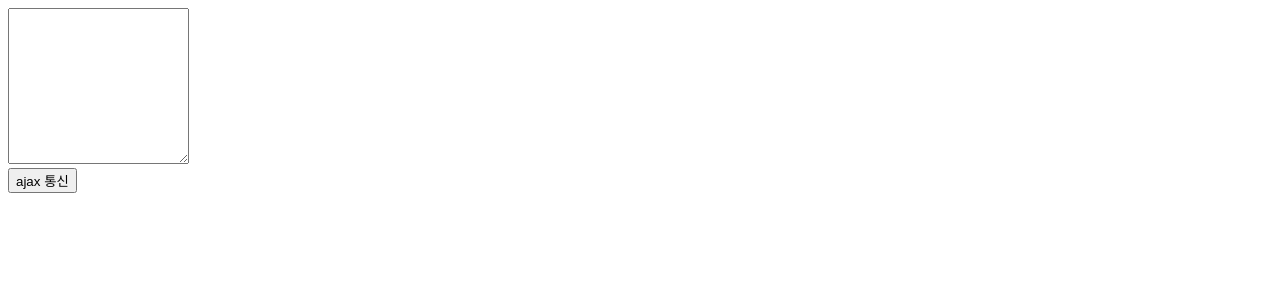
Repository: yuchulPark/day0320
Page: http://localhost/goodsTest2/ex1.jsp
An editor plug-in stored every save of this project. The page is shown before and after the next save, followed by the edit.
The browser window is 1280 px wide. The pictures show the whole page.
The page is served by Tomcat 9.

Above is the page before, as saved 2020-03-16 12:59:26.

After the next save:
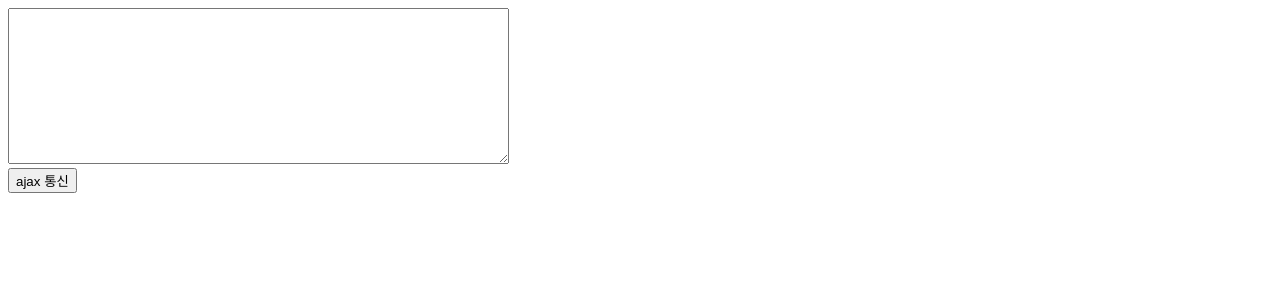
Saved 6 min 39 s later.
--- a/goodsTest2/WebContent/ex1.jsp
+++ b/goodsTest2/WebContent/ex1.jsp
@@ -3,28 +3,21 @@
 <!DOCTYPE html>
 <html>
 <head>
+	<script type="text/javascript" src="https://code.jquery.com/jquery-3.4.1.min.js"></script>
 	<script type="text/javascript">
-		window.onload = function(){
-			document.getElementById("btn").onclick = function(){
-				var request = new XMLHttpRequest(); // request 객체 생성
-				request.onreadystatechange = function(event){ // 올바르게 응답이 왔냐고 물음
-					if(request.readyState == 4){ // 응답이 모두 완료 되었다면
-						if(request.status == 200){ // 응답 상태가 성공적인 상태라면 (오류없이 끝냈디면)
-							var str = request.responseText;
-							document.getElementById("msg").innerHTML = str;
-						}
-					}
-				}
-				request.open("get","hello.jsp",true);
-				request.send();
-			}
-		}
+		$(function(){
+			$("#btn").click(function(){
+				$.ajax("hello.jsp", {success:function(data){ // 요청할 url, 객체(변수 이름은 마음대로)
+					$("#msg").html(data)
+				}})
+			})
+		})
 	</script>
 <meta charset="UTF-8">
 <title>Insert title here</title>
 </head>
 <body>
-	<textarea rows="10" cols="20"></textarea>
+	<textarea rows="10" cols="60"></textarea>
 	<br>
 	<button id="btn">ajax 통신</button>
 	<h2 id="msg"></h2>
